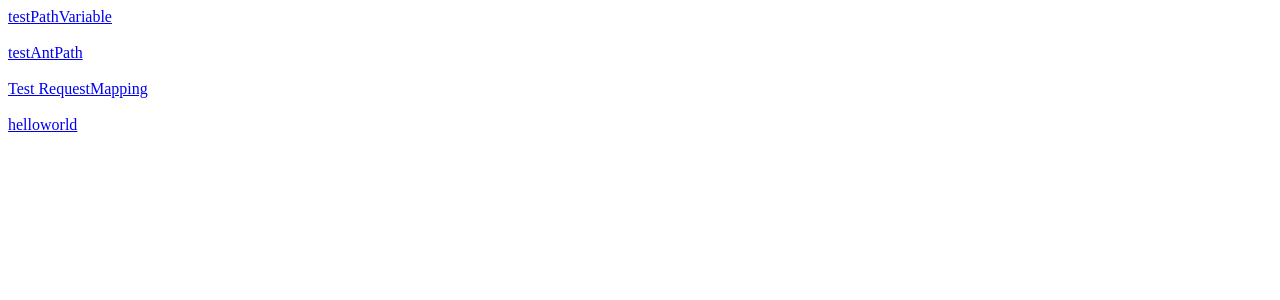
Repository: lhang662543608/Java-Study
Page: http://localhost/springmvc/
An editor plug-in stored every save of this project. The page is shown before and after the next save, followed by the edit.
The browser window is 1280 px wide. The pictures show the whole page.
The page is served by Tomcat 9. Other server files are loaded and not shown.

Above is the page before, as saved 2020-07-13 09:15:56.

### SpringMVC/springmvc/WebContent/index.jsp
<%@ page language="java" contentType="text/html; charset=ISO-8859-1"
	pageEncoding="ISO-8859-1"%>
<!DOCTYPE html PUBLIC "-//W3C//DTD HTML 4.01 Transitional//EN" "http://www.w3.org/TR/html4/loose.dtd">
<html>
<head>
<meta http-equiv="Content-Type" content="text/html; charset=ISO-8859-1">
<title>Insert title here</title>
</head>
<body>
	<a href="springmvc/testPathVariable/1">testPathVariable</a>
	<br />
	<br />
	<a href="springmvc/testAntPath/*/abc">testAntPath</a>
	<br />
	<br />
	<a href="say/helloworld">Test RequestMapping</a>
	<br />
	<br />
	<a href="helloworld">helloworld</a>
</body>
</html>

After the next save:
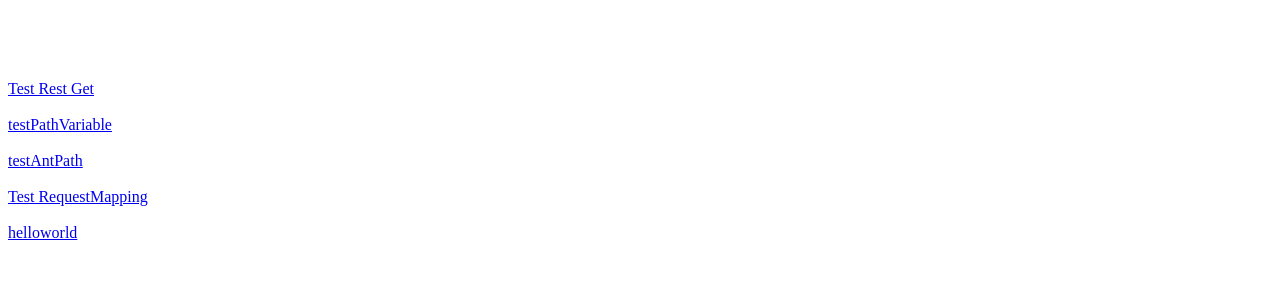
Saved 82 s later.
--- a/SpringMVC/springmvc/WebContent/index.jsp
+++ b/SpringMVC/springmvc/WebContent/index.jsp
@@ -7,6 +7,14 @@
 <title>Insert title here</title>
 </head>
 <body>
+	<br />
+	<br />
+
+	<br />
+	<br />
+	<a href="springmvc/testRest/1">Test Rest Get</a>
+	<br />
+	<br />
 	<a href="springmvc/testPathVariable/1">testPathVariable</a>
 	<br />
 	<br />
